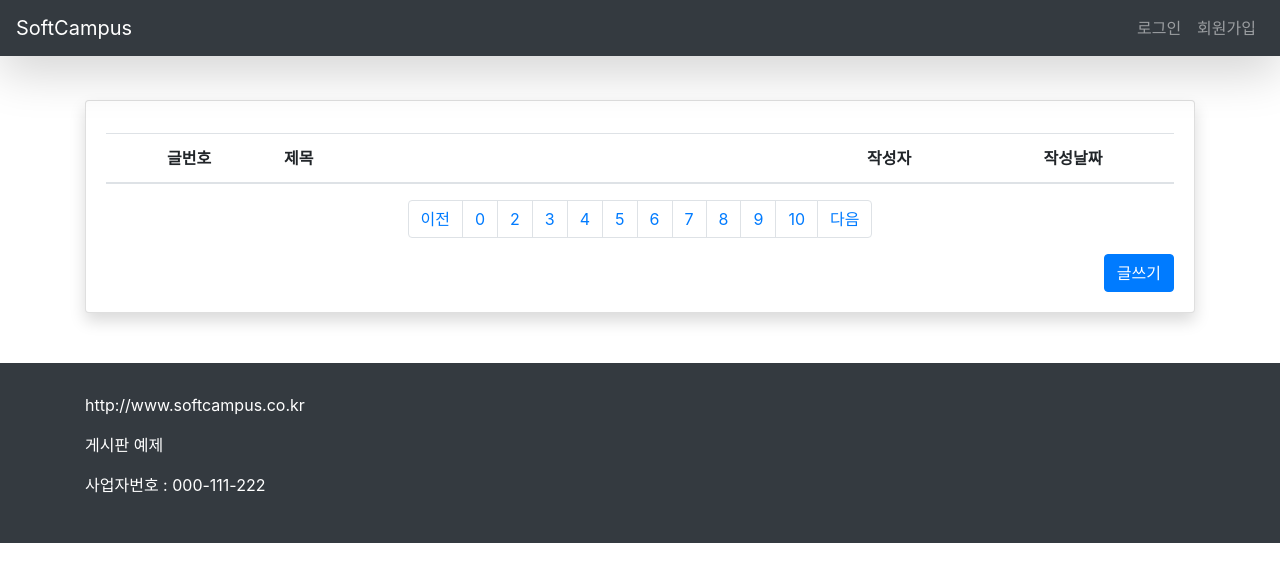
Repository: Wunhyeon/SpringMVC
Page: http://localhost/MiniProjectJava/WEB-INF/views/board/main.jsp
The author's editor kept a copy of each file at every save. The page is drawn from the files as they stood at one save, then again after the next save.
The browser window is 1280 px wide. The pictures show the whole page.
The page is served by Tomcat 9. Nobody is signed in. The template is opened directly, without the code that normally fills it, so the values that code supplies are empty.

Above is the page before, as saved 2020-09-10 07:10:40.

After the next save:
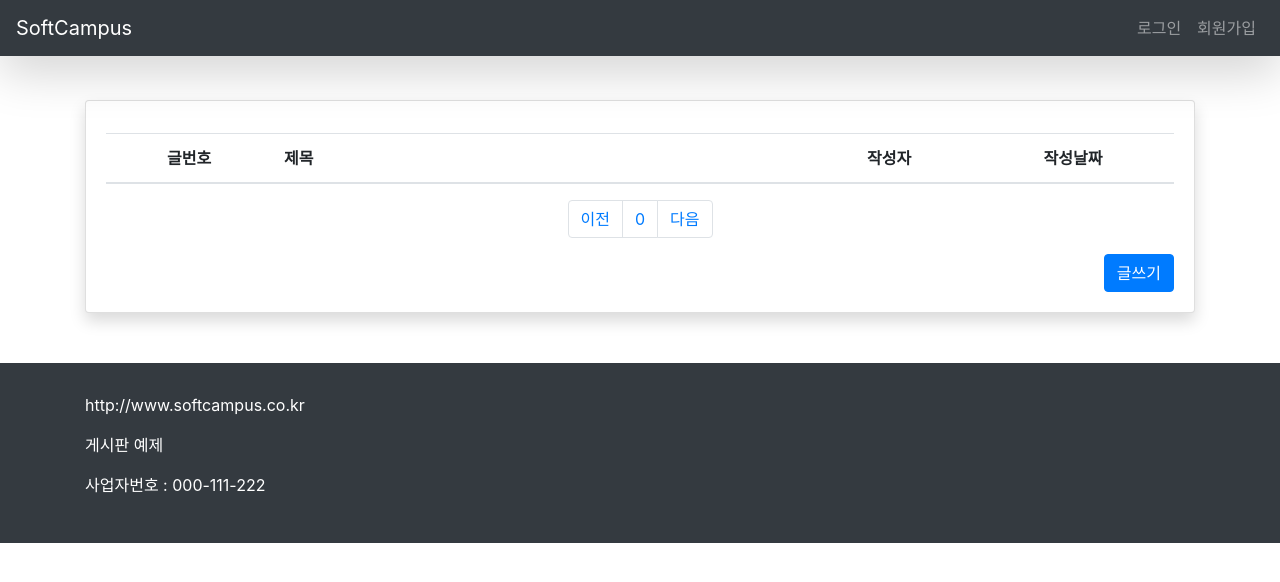
Saved 28 s later.
--- a/MiniProjectJava/WebContent/WEB-INF/views/board/main.jsp
+++ b/MiniProjectJava/WebContent/WEB-INF/views/board/main.jsp
@@ -58,33 +58,7 @@
 						</li>
 					</c:forEach>
 
-					<li class="page-item">
-						<a href="#" class="page-link">2</a>
-					</li>
-					<li class="page-item">
-						<a href="#" class="page-link">3</a>
-					</li>
-					<li class="page-item">
-						<a href="#" class="page-link">4</a>
-					</li>
-					<li class="page-item">
-						<a href="#" class="page-link">5</a>
-					</li>
-					<li class="page-item">
-						<a href="#" class="page-link">6</a>
-					</li>
-					<li class="page-item">
-						<a href="#" class="page-link">7</a>
-					</li>
-					<li class="page-item">
-						<a href="#" class="page-link">8</a>
-					</li>
-					<li class="page-item">
-						<a href="#" class="page-link">9</a>
-					</li>
-					<li class="page-item">
-						<a href="#" class="page-link">10</a>
-					</li>
+
 					<li class="page-item">
 						<a href="#" class="page-link">다음</a>
 					</li>
